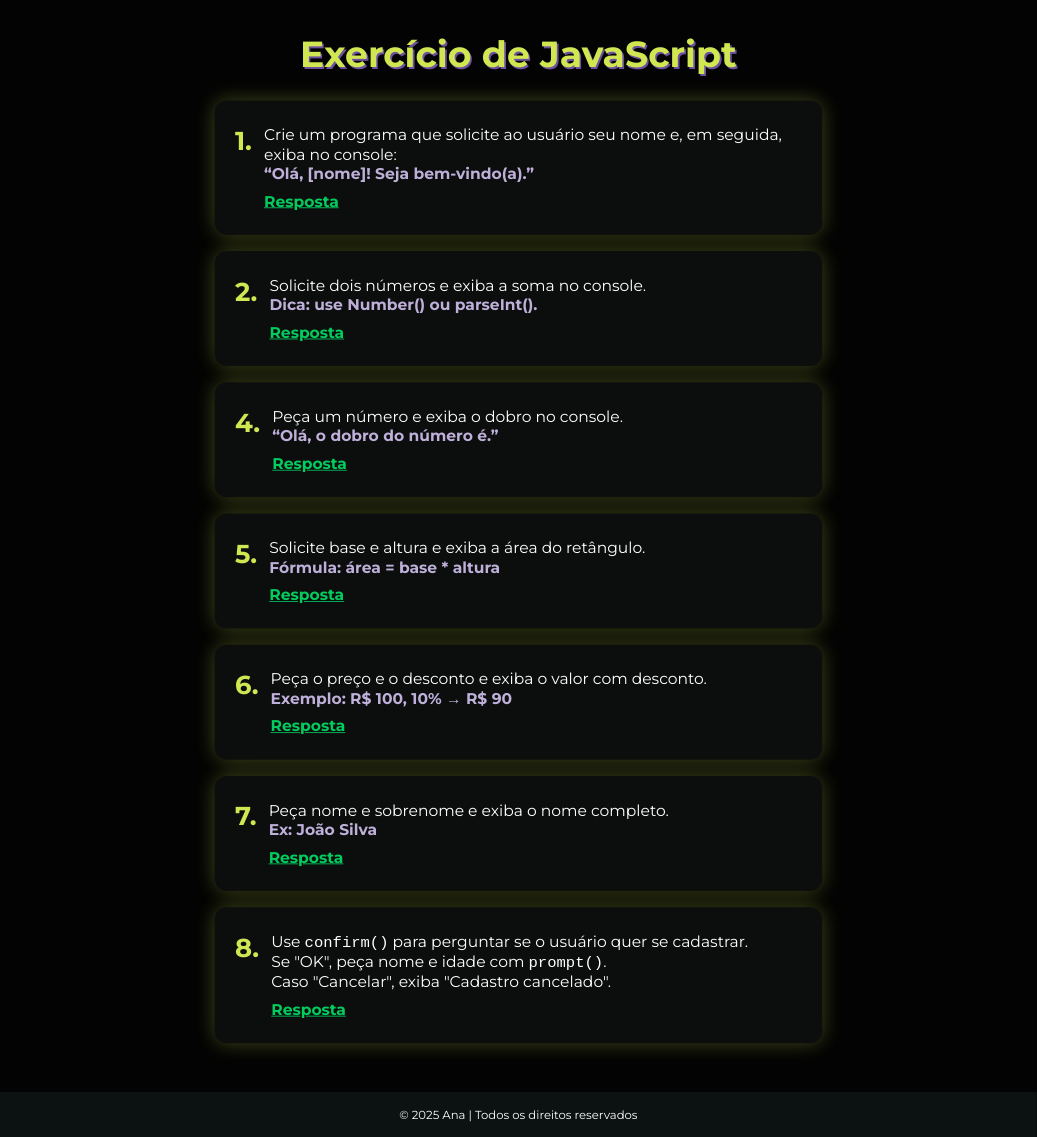
Repository: Anajaraa/atividadeJS
Page: index.html
The author's editor kept a copy of each file at every save. The page is drawn from the files as they stood at one save, then again after the next save.
The browser window is 1280 px wide. The pictures show the whole page, at 81% of full size.

Above is the page before, as saved 2025-08-05 13:50:40.

### index.html
<!DOCTYPE html>
<html lang="pt-br">
<head>
  <meta charset="UTF-8" />
  <meta name="viewport" content="width=device-width, initial-scale=1.0" />
  <title>Exercícios de JavaScript</title>
  <link rel="stylesheet" href="style.css" />
</head>
<body>
  <main class="container">
    <h1>Exercício de JavaScript</h1>

    <section class="card">
      <p class="numero">1.</p>
      <div class="descricao">
        <p>Crie um programa que solicite ao usuário seu nome e, em seguida, exiba no console:<br>
        <strong>“Olá, [nome]! Seja bem-vindo(a).”</strong></p>

        <input type="checkbox" id="resposta1" class="toggle">
        <label for="resposta1" class="resposta-btn">Resposta</label>
        <div class="resposta">
          <pre><code>const nome = prompt("Digite seu nome:");
console.log(Olá, ${nome}! Seja bem-vindo(a).);</code></pre>
        </div>
      </div>
    </section>

    <section class="card">
      <p class="numero">2.</p>
      <div class="descricao">
        <p>Solicite dois números e exiba a soma no console.<br>
        <strong>Dica: use Number() ou parseInt().</strong></p>

        <input type="checkbox" id="resposta2" class="toggle">
        <label for="resposta2" class="resposta-btn">Resposta</label>
        <div class="resposta">
          <pre><code>const num1 = prompt("Digite um número:");
const num2 = prompt("Digite outro número:");
const soma = parseInt(num1) + parseInt(num2);
alert(A soma dos números é: ${soma});</code></pre>
        </div>
      </div>
    </section>

    <section class="card">
      <p class="numero">4.</p>
      <div class="descricao">
        <p>Peça um número e exiba o dobro no console.<br>
        <strong>“Olá, o dobro do número é.”</strong></p>

        <input type="checkbox" id="resposta4" class="toggle">
        <label for="resposta4" class="resposta-btn">Resposta</label>
        <div class="resposta">
          <pre><code>const num = prompt("Digite um número:");
const doub = parseInt(num) * 2;
alert(O dobro do número é: ${doub});</code></pre>
        </div>
      </div>
    </section>

    <section class="card">
      <p class="numero">5.</p>
      <div class="descricao">
        <p>Solicite base e altura e exiba a área do retângulo.<br>
        <strong>Fórmula: área = base * altura</strong></p>

        <input type="checkbox" id="resposta5" class="toggle">
        <label for="resposta5" class="resposta-btn">Resposta</label>
        <div class="resposta">
          <pre><code>const base = prompt("Digite a base:");
const altura = prompt("Digite a altura:");
const area = parseFloat(base) * parseFloat(altura);
console.log(A área do retângulo é: ${area});</code></pre>
        </div>
      </div>
    </section>

    <section class="card">
      <p class="numero">6.</p>
      <div class="descricao">
        <p>Peça o preço e o desconto e exiba o valor com desconto.<br>
        <strong>Exemplo: R$ 100, 10% → R$ 90</strong></p>

        <input type="checkbox" id="resposta6" class="toggle">
        <label for="resposta6" class="resposta-btn">Resposta</label>
        <div class="resposta">
          <pre><code>const preco = prompt("Digite o preço:");
const desconto = prompt("Digite o desconto (%):");
const precoDesconto = parseFloat(preco) - (parseFloat(preco) * parseFloat(desconto) / 100);
console.log(O preço com desconto é: ${precoDesconto});</code></pre>
        </div>
      </div>
    </section>

    <section class="card">
      <p class="numero">7.</p>
      <div class="descricao">
        <p>Peça nome e sobrenome e exiba o nome completo.<br>
        <strong>Ex: João Silva</strong></p>

        <input type="checkbox" id="resposta7" class="toggle">
        <label for="resposta7" class="resposta-btn">Resposta</label>
        <div class="resposta">
          <pre><code>const nome = prompt("Digite seu nome:");
const sobrenome = prompt("Digite seu sobrenome:");
console.log(Seu nome completo é: ${nome} ${sobrenome});</code></pre>
        </div>
      </div>
    </section>

    <section class="card">
      <p class="numero">8.</p>
      <div class="descricao">
        <p>Use <code>confirm()</code> para perguntar se o usuário quer se cadastrar.<br>
        Se "OK", peça nome e idade com <code>prompt()</code>.<br>
        Caso "Cancelar", exiba "Cadastro cancelado".</p>

        <input type="checkbox" id="resposta8" class="toggle">
        <label for="resposta8" class="resposta-btn">Resposta</label>
        <div class="resposta">
          <pre><code>const desejaCadastrar = confirm("Você deseja se cadastrar no site?");
if (desejaCadastrar) {
  const nome = prompt("Digite seu nome completo:");
  const idade = prompt("Digite sua idade:");
  console.log("Cadastro realizado com sucesso!");
  console.log("Nome: " + nome);
  console.log("Idade: " + idade);
} else {
  console.log("Cadastro cancelado pelo usuário.");
}</code></pre>
        </div>
      </div>
    </section>

  </main>

  <footer>
    © 2025 Ana | Todos os direitos reservados
  </footer>
</body>
  <script src="script.js"></script>
</html>

### style.css
@import url('https://fonts.googleapis.com/css2?family=Montserrat:wght@400;700&display=swap');

* {
  margin: 0;
  padding: 0;
  box-sizing: border-box;
}

body {
  font-family: "Montserrat", sans-serif;
  background-color: #030303;
  color: #ffffff;
  display: flex;
  flex-direction: column;
  min-height: 100vh;
  overflow-x: hidden;
}

.container {
  flex: 1;
  display: flex;
  flex-direction: column;
  align-items: center;
  padding: 40px 20px;
  text-align: center;
  width: 100%;
}

h1 {
  font-size: 2.8rem;
  margin-bottom: 30px;
  color: #d1e751;
  text-shadow: 2px 2px #6d51a0;
}

.card {
  background-color: #0c0e0e;
  padding: 30px 25px;
  border-radius: 15px;
  max-width: 750px;
  width: 100%;
  box-shadow: 0 0 25px rgba(209, 231, 81, 0.3);
  display: flex;
  gap: 15px;
  align-items: flex-start;
  margin-bottom: 20px;
  overflow: hidden;
  position: relative;

  word-wrap: break-word;
}

.numero {
  font-size: 2rem;
  color: #d1e751;
  font-weight: bold;
}

.descricao {
  font-size: 1.2rem;
  color: #ffffff;
  text-align: left;
  flex: 1;
  position: relative;
  width: 100%;
  overflow-wrap: break-word;
  word-break: break-word;
}

.descricao strong {
  color: #bfb0da;
  font-weight: bold;
}

footer {
  text-align: center;
  padding: 20px;
  font-size: 0.9rem;
  background-color: #0c1111;
  color: #ffffff;
}

.toggle {
  display: none;
}

.resposta-btn {
  display: inline-block;
  margin-top: 10px;
  color: #03cc5e;
  font-weight: bold;
  cursor: pointer;
  text-decoration: underline;

}

.resposta {
  display: none;
  background-color: #2c2c2c;
  color: #d4ffd4;
  padding: 20px;
  border-radius: 15px;
  font-family: monospace;
  white-space: pre-wrap;
  word-wrap: break-word;
  margin-top: 15px;
  width: 100%;
  box-sizing: border-box;
  overflow-x: auto;
  max-width: 100%;
  border: 2px solid transparent;
}

pre, code {
  max-width: 100%;
  overflow-x: auto;
  white-space: pre-wrap;
  word-break: break-word;
}




.toggle:checked + .resposta-btn + .resposta {
  display: block;
}

### script.js


// RESPOSTA Exercício 1
// const nome = prompt("Digite seu nome:");
//  console.log(`Olá, ${nome}! Seja bem-vindo(a).`);

// RESPOSTA Exercício 2
// const num1 = prompt("Digite um número:");
// const num2 = prompt("Digite outro número:");
// const soma = parseInt(num1) + parseInte(num2);
// alert(`A soma dos números é: ${soma}`);

// RESPOSTA Exercício 4
// onst num = prompt("Digite um número:");
// const doub = parseInt(num) * 2;
// alert(`O dobro do número é: ${doub}`);


// RESPOSTA Exercício 5

// const base =  prompt("Digite a base:");
// const altura = prompt("Digite a altura:");
// const area = parseFloat(base) * parseFloat(altura);
// console.log(`A área do retângulo é: ${area}`);

// RESPOSTA Exercício 6
// const preco = prompt("Digite o preço do produto:");
// const desconto = prompt("Digite o desconto em porcentagem:");
// const precoDesconto = parseFloat(preco) - (parseFloat(preco) * parseFloat(desconto) / 100);
// console.log(`O preço com desconto é: ${precoDesconto}`);

// RESPOSTA Exercício 7
// const nome = prompt("Digite seu nome:");
// const sobrenome = prompt("Digite seu sobrenome:");
// console.log(`Seu nome completo é: ${nome} ${sobrenome}`);

// RESPOSTA Exercício 8
// const desejaCadastrar = confirm("Você deseja se cadastrar no site?");

// if (desejaCadastrar) {
//   const nome = prompt("Digite seu nome completo:");
//   const idade = prompt("Digite sua idade:");

//   console.log("Cadastro realizado com sucesso!");
//   console.log("Nome: " + nome);
//   console.log("Idade: " + idade);
// } else {
//   console.log("Cadastro cancelado pelo usuário.");
// }

After the next save:
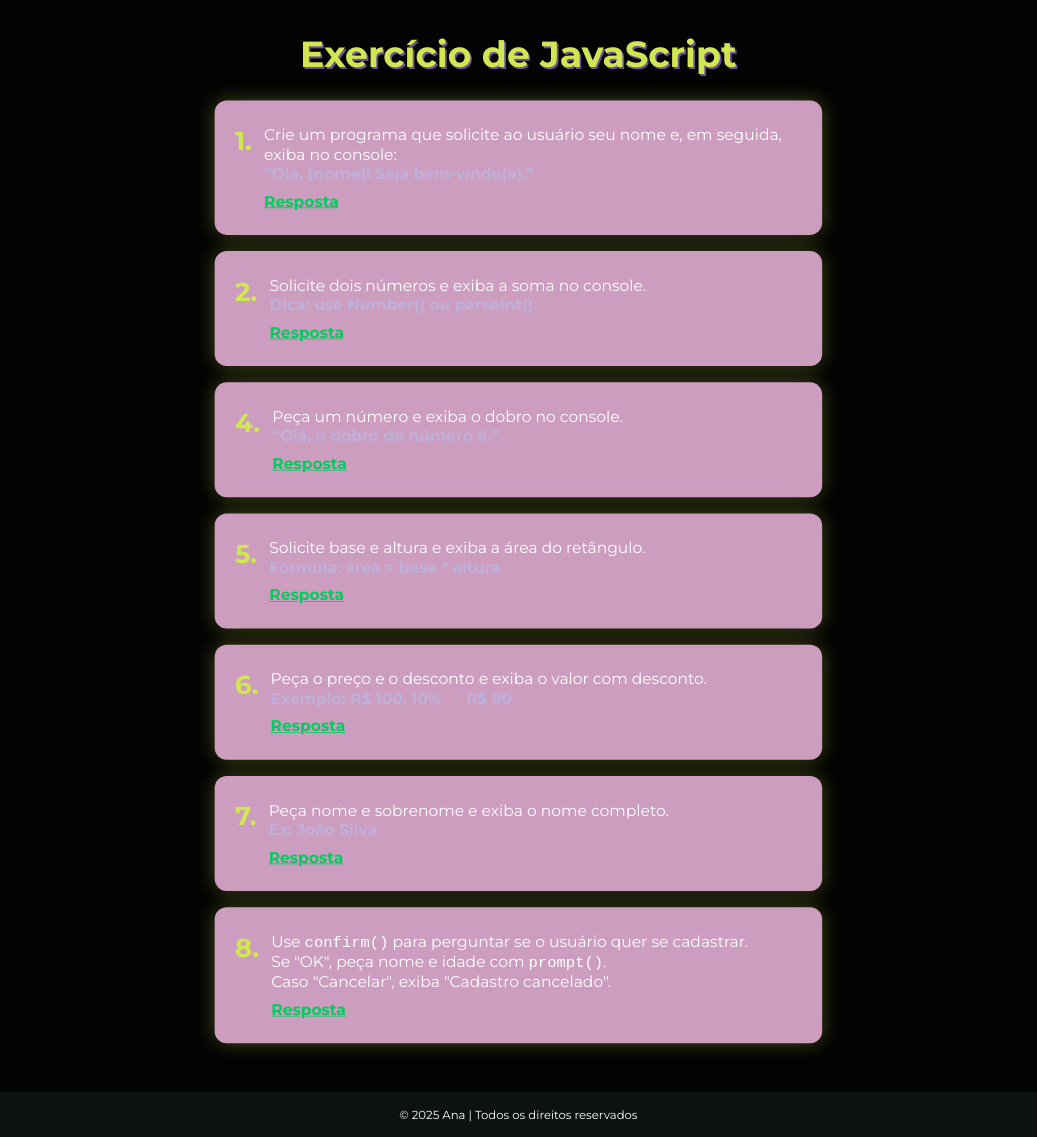
Saved 20 s later.
--- a/style.css
+++ b/style.css
@@ -34,7 +34,7 @@ h1 {
 }
 
 .card {
-  background-color: #0c0e0e;
+  background-color: #cc9dbe;
   padding: 30px 25px;
   border-radius: 15px;
   max-width: 750px;
